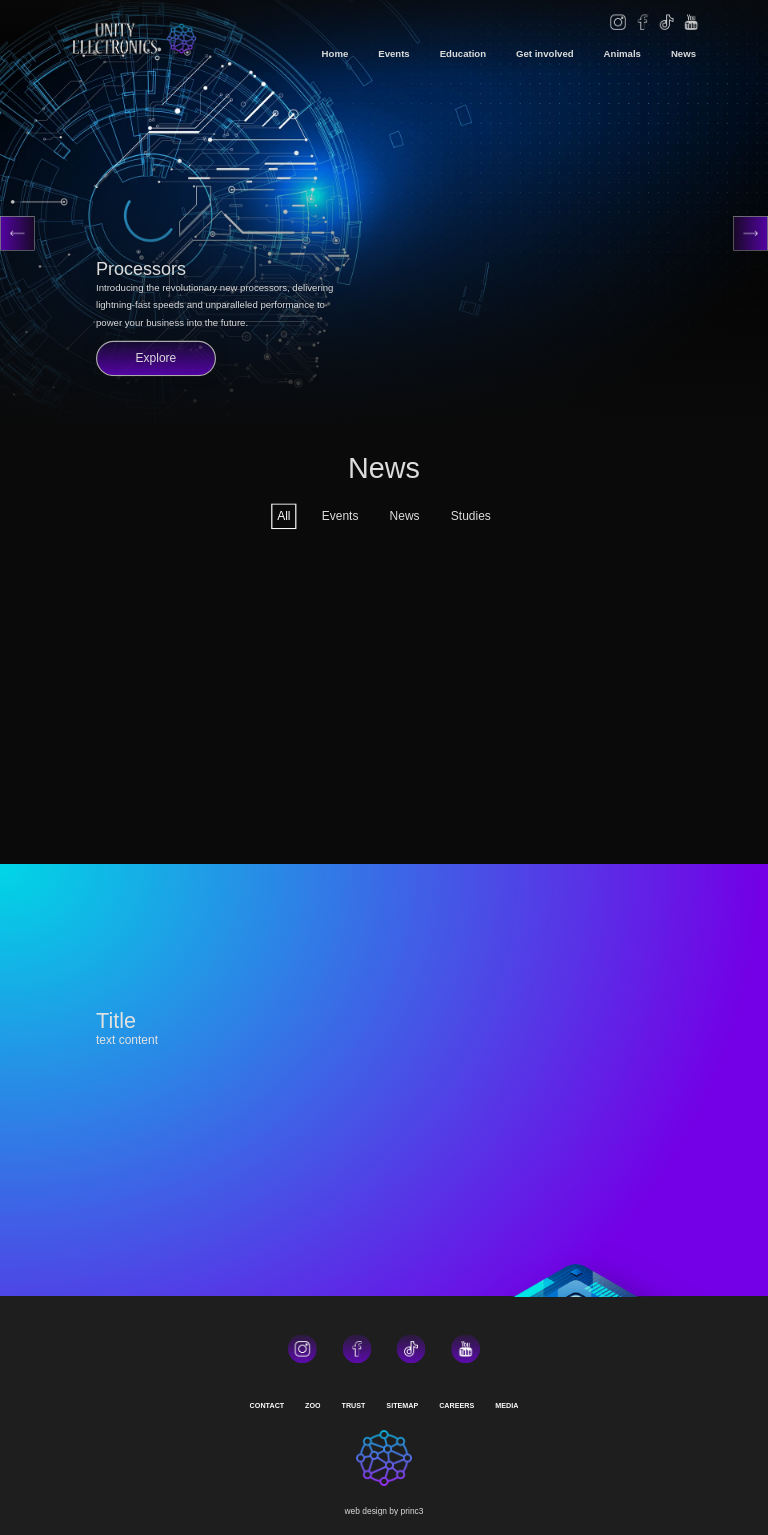
Repository: princ3-web/five
Page: /
The author's editor kept a copy of each file at every save. The page is drawn from the files as they stood at one save, then again after a run of saves.
The browser window is 1280 px wide. The pictures show the whole page, at 60% of full size.
An inner scrolling area shows only its first screen. The project was rebuilt for these pictures with package versions that can differ from the ones it lists, and the page was loaded fresh each time. Also part of the build but not shown: src/css/subpage.module.css, src/pages/Events.jsx, src/pages/Education.jsx, src/pages/Membership.jsx, src/pages/Animals.jsx, src/pages/News.jsx, src/pages/Support.jsx.

Above is the page before, as saved 2023-05-08 18:57:35.

### src/App.jsx
import React, { useState } from "react";
import { Routes, Route } from "react-router-dom";
import app from "./css/app.module.css";
import Navbar from "./components/Navbar.jsx";
import Bottombar from "./components/Bottombar.jsx";
import Main from "./pages/Main.jsx";
import Events from "./pages/Events.jsx";
import Education from "./pages/Education.jsx";
import Membership from "./pages/Membership.jsx";
import Animals from "./pages/Animals.jsx";
import News from "./pages/News.jsx";
import Support from "./pages/Support.jsx";
import Scrolltotop from "./components/Scrolltotop";

function App() {
  return (
    <div className={app.app}>
      <Navbar />
      <Routes>
        <Route path="/" element={<Main />} exact />
        <Route path="/Events" element={<Events />} exact />
        <Route path="/Education" element={<Education />} exact />
        <Route path="/Membership" element={<Membership />} exact />
        <Route path="/Animals" element={<Animals />} exact />
        <Route path="/News" element={<News />} exact />
        <Route path="/Support" element={<Support />} exact />
      </Routes>
      <Bottombar />
      <Scrolltotop />
    </div>
  );
}

export default App;

### src/css/app.module.css
:root {
    --thin: 200;
    --regular: 400;
    --bold: 600;
    --font-12: 12px;
    --font-14: 14px;
    --font-16: 16px;
    --font-20: 20px;
    --font-24: 24px;
    --font-30: 30px;
    --font-36: 36px;
    --font-48: 48px;
    --dark: rgb(10, 10, 10);
    --dark-transp-100: rgb(0, 0, 0, 0.5);
    --gray-transp-200: rgba(100, 100, 100, 0.5);
    --gray-transp-300: rgba(100, 100, 100, 0.25);
    --gray-50: rgb(30, 30, 30);
    --gray-100: rgb(60, 60, 60);
    --gray-150: rgb(100, 100, 100);
    --gray-200: rgb(170, 170, 170);
    --gray-300: rgb(220, 220, 220);
    --gray-400: rgb(240, 240, 240);
    --light: rgb(250, 250, 250);
    --light-transp: rgb(255, 255, 255, 0.2);
    --blue-200: rgb(0, 78, 162);
    --blue-300: rgb(0, 123, 255);
    --teal-300: rgb(0, 238, 255);
    --violet-200: rgb(81, 0, 162);
    --violet-300: rgb(128, 0, 255);
    --transp: rgba(0, 0, 0, 0);
}

@import url('https://fonts.googleapis.com/css2?family=Raleway&display=swap');


html > div {
    display: none;
  }

  * {
    overflow-x: hidden;
    padding: 0;
    margin: 0;
    font-family: 'Raleway', sans-serif;
    user-select: none;
  }

  .app{
    background-color: var(--dark);
    height: fit-content;
  }

  .section{
    display: flex;
    flex-direction: column;
    min-height: 100vh;
  }

### src/components/Bottombar.jsx
import React from "react";
import bottombar from "../css/bottombar.module.css";
import logobw from "../assets/icons/logo.png";
import instagram from "../assets/icons/instagram.png";
import facebook from "../assets/icons/facebook.png";
import tiktok from "../assets/icons/tiktok.png";
import youtube from "../assets/icons/youtube.png";
import navbar from "../css/navbar.module.css";
import { Link } from "react-router-dom";

const Bottombar = () => {
  const socials = [instagram, facebook, tiktok, youtube];
  const links = ["CONTACT", "ZOO", "TRUST", "SITEMAP", "CAREERS", "MEDIA"];

  return (
    <>
      <div className={bottombar.bottomBar}>
        <div className={bottombar.socials}>
          {socials.map((item, n) => (
            <img className={bottombar.socialButton} src={item} alt="" key={n} />
          ))}
        </div>
        <div className={bottombar.links}>
          {links.map((item, n) => (
            <div className={bottombar.link} key={n}>
              {item}
            </div>
          ))}
        </div>
        <Link className={navbar.link} to={"/"}>
        <img className={bottombar.logo} src={logobw} alt="" onClick={() => window.scrollTo(0, 0)} />
        </Link>
        <div className={bottombar.signature}>web design by princ3</div>
      </div>
    </>
  );
};

export default Bottombar;

### src/pages/Main.jsx
import React, { useState, useEffect } from "react";
import app from "../css/app.module.css";
import Imagescroller from "../components/Imagescroller";
import Newspicker from "../components/Newspicker";
import Objectscroller from "../components/Objectscroller";

const Main = () => {
  return (
    <>
      <div className={app.section}>
        <Imagescroller />
      </div>

      <div className={app.section}>
        <Newspicker />
      </div>
      <div className={app.section}>
        <Objectscroller />
      </div>
    </>
  );
};

export default Main;

### src/components/Scrolltotop.jsx
import React from 'react';
import { useLocation } from 'react-router-dom';
import { useEffect } from 'react';

const Scrolltotop = () => {
    const { pathname } = useLocation();

    useEffect(() => {
      window.scrollTo(0, 0);
    }, [pathname]);
  }

export default Scrolltotop;

### src/css/navbar.module.css
.navbar {
  position: absolute;
  display: flex;
  flex-direction: row;
  justify-content: space-between;
  align-items: center;
  z-index: 5;
  width: 100%;
  padding-inline: 7rem;
  height: 8rem;
  font-size: var(--font-16);
  overflow: visible;
  box-sizing: border-box;
  background: linear-gradient(var(--dark) -30%, var(--transp) 100%);
}

.navbarContent {
  height: 100%;
  display: flex;
  flex-direction: column;
  justify-content: space-evenly;
}

.navbarTopIcons {
  display: flex;
  flex-direction: row;
  justify-content: space-between;
  width: 12vw;
  margin-left: auto;
  margin-right: 0;
}

.navbarTopIcon {
  width: 2rem;
  filter: brightness(0.8);
}

.navbarTopIcon:hover {
  filter: brightness(1);
  cursor: pointer;
}

.navbarButtons {
  display: flex;
  flex-direction: row;
  justify-content: space-between;
  width: 50vw;
  margin-left: auto;
  margin-right: 0;
}

.navbarButton {
  color: var(--gray-300);
  padding: 0.5rem;
  font-weight: var(--bold);
  cursor: pointer;
  transition: 0.2s;
}

.navbarButton:hover {
  color: var(--gray-400);
  cursor: pointer;
}

.dropdownBackground {
  background-color: black;
  width: 100%;
  height: 15rem;
}

.navbarButtonDropdown {
  visibility: hidden;
  z-index: 3;
  position: absolute;
  margin-left: -25px;
  padding-inline: 1.5rem;
  padding-block: 0.5rem;
  cursor: pointer;
  line-height: 2rem;
  filter: opacity(0);
  transition: 0.35s;
  background: linear-gradient(135deg, var(--dark-transp-100), var(--violet-200));
}

.navbarButton:hover ~ .navbarButtonDropdown {
  visibility: visible;
  filter: opacity(1);
}

.navbarButtonDropdown:hover {
  visibility: visible;
  filter: opacity(1);

}

.navbarButtonDropdownItem {
  color: var(--gray-300);
  display: block;
  transition: 0.2s;
  text-decoration: none;
}

.navbarButtonDropdownItem:hover {
  color: var(--light);
}

.navbarTopButton {
  height: fit-content;
  padding: 0.5rem;
  font-weight: var(--regular);
  cursor: pointer;
}

.logo {
  position: relative;
  display: block;
  height: 40%;
  object-fit: contain;
  z-index: 1;
  filter: drop-shadow(1px 1px 1px var(--dark));
}

.link {
  height: 100%;
  overflow: hidden;
  display: flex;
  align-items: center;
}

.mobileButton {
  display: none;
}

.mobileMenu {
  display: none;
}

@media screen and (max-width: 480px) {
  .navbar {
    height: 5rem;
    padding-inline: 0.5rem;
  }

  .navbarTopButtons {
    display: none;
  }
  .navbarButtons {
    display: none;
  }

  .logo {
    height: 70%;
  }

  .mobileButton {
    display: block;
    height: 50%;
    margin-right: 0.5rem;
    z-index: 1;
  }

  .mobileMenu {
    position: absolute;
    display: block;
    box-sizing: border-box;
    top: 5rem;
    left: 100vw;
    width: 100vw;
    height: 100vh;
    text-align: center;
    background-size: 20rem;
    background-color: var(--green-400);
    transition: 0.2s;
  }

  .mobileMenuShow {
    left: 0;
  }

  .mobileMenuItem {
    color: var(--light);
    font-size: var(--font-20);
    line-height: 4rem;
    text-decoration: none;
  }
}

### src/css/bottombar.module.css
.bottomBar {
  position: relative;
  display: flex;
  flex-direction: column;
  align-items: center;
  width: 100%;
  background-color: var(--gray-50);
  padding-bottom: 2rem;
}

.socials {
  position: relative;
  width: 25%;
  margin: auto;
  left: 0;
  right: 0;
  margin-top: 4rem;
  display: flex;
  flex-direction: row;
  justify-content: space-between;
}

.socialButton {
  width: 2rem;
  padding: 0.5rem;
  background-color: var(--violet-200);
  background: linear-gradient(180deg, var(--transp), var(--violet-300));
  background-size: 100% 200%;
  background-position: 100% 25%;
  transition: 0.5s;
  border-radius: 2rem;
  cursor: pointer;
}

.socialButton:hover {
  background-position: 100% 100%;

}

.links {
  position: relative;
  width: 35%;
  font-size: var(--font-12);
  margin: auto;
  left: 0;
  right: 0;
  margin-top: 4rem;
  display: flex;
  flex-direction: row;
  justify-content: space-between;
}

.link {
  color: var(--light);
  font-weight: var(--bold);
  cursor: pointer;
}

.link:hover {
  color: var(--gray-200);
}

.logo {
  position: relative;
  width: 6rem;
  padding-top: 2rem;
  padding-bottom: 2rem;
  cursor: pointer;
  transition: 0.2s;
}

.logo:hover {
  filter: brightness(0.8);
}

.signature {
  color: var(--gray-300);
  font-size: var(--font-14);
  font-weight: var(--thin);
}

@media screen and (max-width: 480px) {
  .socials {
    width: 90%;
  }

  .links {
    display: flex;
    flex-wrap: wrap;
    width: 90%;
    justify-content: space-between;
  }

  .link {
    width: 30%;
    height: 3rem;
    text-align: center;
  }
}

### src/components/Imagescroller.jsx
import React, { useEffect, useState } from "react";
import imagescroller from "../css/imagescroller.module.css";

const Imagescroller = () => {
  const [selectedBackground, toggleSelectedBackground] = useState(0);

  useEffect(() => {
    const intervalId = setInterval(() => {
      selectedBackground < 2
        ? toggleSelectedBackground((state) => state + 1)
        : toggleSelectedBackground(0);
    }, 6000);

    return () => {
      clearInterval(intervalId);
    };
  }, [selectedBackground]);

  const backgrounds = [0, 1, 2];
  const backgroundsText = [
    {
      title: "Processors",
      text: "Introducing the revolutionary new processors, delivering lightning-fast speeds and unparalleled performance to power your business into the future.",
    },
    {
      title: "New Techs",
      text: "Unlock the full potential of your industry with cutting-edge technologies designed to increase efficiency, productivity, and profitability.",
    },
    {
      title: "GPUs",
      text: "Experience unprecedented gaming performance and immerse yourself in stunningly realistic graphics with our new ground-breaking graphics cards.",
    },
  ];

  return (
    <div>
      <div className={imagescroller.imageScroller}>
        {backgrounds.map((item, n) => (
          <img
            className={[
              imagescroller.image,
              selectedBackground !== n ? imagescroller.imageFade : "",
            ].join(" ")}
            src={require("../assets/images/background" + n + ".webp")}
            alt=""
          />
        ))}

        <img
          className={imagescroller.arrow}
          onClick={() =>
            selectedBackground > 0
              ? toggleSelectedBackground((state) => state - 1)
              : toggleSelectedBackground(backgrounds.length - 1)
          }
          style={{ left: "0", rotate: "180deg", translateY: "-50%" }}
          src={require("../assets/icons/arrow.png")}
          alt=""
        />
        <img
          className={imagescroller.arrow}
          onClick={() =>
            selectedBackground < backgrounds.length - 1
              ? toggleSelectedBackground((state) => state + 1)
              : toggleSelectedBackground(0)
          }
          style={{ right: "0", rotate: "0deg", translateY: "-50%" }}
          src={require("../assets/icons/arrow.png")}
          alt=""
        />
        <div className={imagescroller.gradient}></div>
      </div>
      <div className={imagescroller.explore}>
        <div className={imagescroller.exploreTitle}>
          {backgroundsText[selectedBackground].title}
        </div>
        <div className={imagescroller.exploreText}>
          {backgroundsText[selectedBackground].text}
        </div>
        <div className={imagescroller.exploreButton}>Explore</div>
      </div>
    </div>
  );
};

export default Imagescroller;

### src/components/Newspicker.jsx
import React, { useState } from "react";
import newspicker from "../css/newspicker.module.css";

const Newspicker = () => {
  const newsButtons = ["All", "Events", "News", "Studies"];
  const [selectedButton, toggleSelectedButton] = useState(0);

  return (
    <div className={newspicker.news}>
      <div
        className={newspicker.newsTitle}
        style={{ textAlign: "center", marginTop: "2rem" }}
      >
        News
      </div>
      <div className={newspicker.newsButtons}>
        {newsButtons.map((item, n) => (
          <div
            className={[
              newspicker.newsButton,
              n === selectedButton && newspicker.newsButtonSelected,
            ].join(" ")}
            onClick={() => toggleSelectedButton(n)}
          >
            {item}
          </div>
        ))}
      </div>
    </div>
  );
};

export default Newspicker;

### src/components/Objectscroller.jsx
import React, { useEffect, useState } from "react";
import objectscroller from "../css/objectscroller.module.css";

const Objectscroller = () => {
  const [scrollPos, setScrollPos] = useState(false);

  // useEffect for setting useState: scrollPos
  useEffect(() => {
    const handleMouseMove = () => {
      setScrollPos(window.scrollY);
    };

    window.addEventListener("scroll", handleMouseMove);
    return () => {
      window.removeEventListener("scroll", handleMouseMove);
    };
  }, []);

  console.log(scrollPos);

  return (
    <div>
      <div className={objectscroller.gradient}>
        <div className={objectscroller.textContainer}>
          <div className={objectscroller.title}>Title</div>
          <div className={objectscroller.text}>text content</div>
        </div>
        <img
          className={objectscroller.image}
          style={{
            translate: "0px " + (- scrollPos / 3 + 400 + "px").toString(),
          }}
          src={require("../assets/images/object1.png")}
          alt=""
        />
      </div>
    </div>
  );
};

export default Objectscroller;

### src/css/imagescroller.module.css
.imageScroller {
  position: absolute;
  height: 100vh;
  width: 100%;
  display: block;
  white-space: nowrap;
  background-color: var(--dark);
}

.image {
  position: absolute;
  z-index: 1;
  width: 100vw;
  height: 100vh;
  object-fit: cover;
  top: 0;
  left: 0;
  padding: 0;
  transition: 1s;
  filter: opacity(1);
}

.imageFade {
  filter: opacity(0);
}

.arrow {
  position: absolute;
  width: 1.5rem;
  z-index: 2;
  top: 50%;
  padding: 1rem;
  border: 1px solid var(--gray-200);
  cursor: pointer;
  background-size: 0% 0%;
  background-color: var(--gray-200);
  background: linear-gradient(90deg, var(--dark) 0%, var(--violet-300));
  background-size: 200% 100%;
  background-position: 25% 100%;
  transition: 0.5s;
}

.arrow:hover {
  background-position: 100% 100%;
}

.gradient {
  position: absolute;
  top: 0;
  width: 100vw;
  height: 100vh;
  background: linear-gradient(var(--transp) 30%, var(--dark) 100%);
  z-index: 1;
}

.explore {
  position: absolute;
  z-index: 3;
  left: 10rem;
  top: 60%;
  width: 25rem;
  filter: drop-shadow(0px 0px 10px var(--dark));

}

.exploreTitle {
  position: relative;
  color: var(--gray-300);
  font-size: var(--font-30);
}

.exploreText {
  position: relative;
  color: var(--gray-300);
  font-size: var(--font-16);
  margin-bottom: 1rem;
  line-height: 1.8rem;
}

.exploreButton {
  position: relative;
  width: fit-content;
  color: var(--gray-300);
  font-size: var(--font-20);
  padding: 1rem;
  padding-inline: 4rem;
  border: 2px solid var(--gray-200);
  border-radius: 2rem;
  background: linear-gradient(180deg, var(--transp), var(--violet-300));
  background-size: 100% 200%;
  background-position: 100% 25%;
  transition: 0.5s;
  cursor: pointer;
}

.exploreButton:hover {
  background-position: 100% 100%;
}

.video {
  position: relative;
  display: flex;
  box-sizing: border-box;
  z-index: 1;
  width: 100%;
  height: 100vh;
  object-fit: cover;
  padding: 0;
  border-top: 0.25rem solid var(--green-500);
}

@media screen and (max-width: 480px) {
  .video {
    width: 100%;
    margin: unset;
  }
}

### src/css/newspicker.module.css
.news{
    display: flex;
    flex-direction: column;
  }

  .newsTitle {
    font-size: var(--font-48);
    color: var(--gray-300);
    margin-bottom: 2rem;
  }

  .newsButtons{
    display: flex;
    flex-direction: row;
    justify-content: center;
    align-self: center;
    width: 50%;
  }

  .newsButton {
    color: var(--gray-300);
    font-size: var(--font-20);
    border: 2px solid var(--transp);
    margin-inline: 1rem;
    padding: 0.5rem;
    cursor: pointer;
    transition: 0.5s;
  }

  .newsButtonSelected{
    border: 2px solid var(--light);
    color: var(--light);
  }

### src/css/objectscroller.module.css
.image {
  position: absolute;
  top: 50%;
  transform: translateY(-50%);
  right: 10rem;
  width: 20rem;
  filter: drop-shadow(30px 30px 30px var(--violet-200));
}

.textContainer {
  color: var(--light);
  position: absolute;
  left: 10rem;
  top: 15rem;
  margin: auto;
}

.title {
  font-size: var(--font-36);
}

.text {
  font-size: var(--font-20);
}

.gradient {
  position: absolute;
  width: 100vw;
  height: 100vh;
  background: radial-gradient(at left top, var(--teal-300) 0%, var(--violet-300) 70%);
  background-size: 100% 150%;
  filter: brightness(0.9);
}

Loaded but not shown: public/index.html (common file); src/index.js (common file); src/index.css (common file); src/reportWebVitals.js (common file); src/components/Navbar.jsx (156 lines, source omitted)

After the next 3 saves:
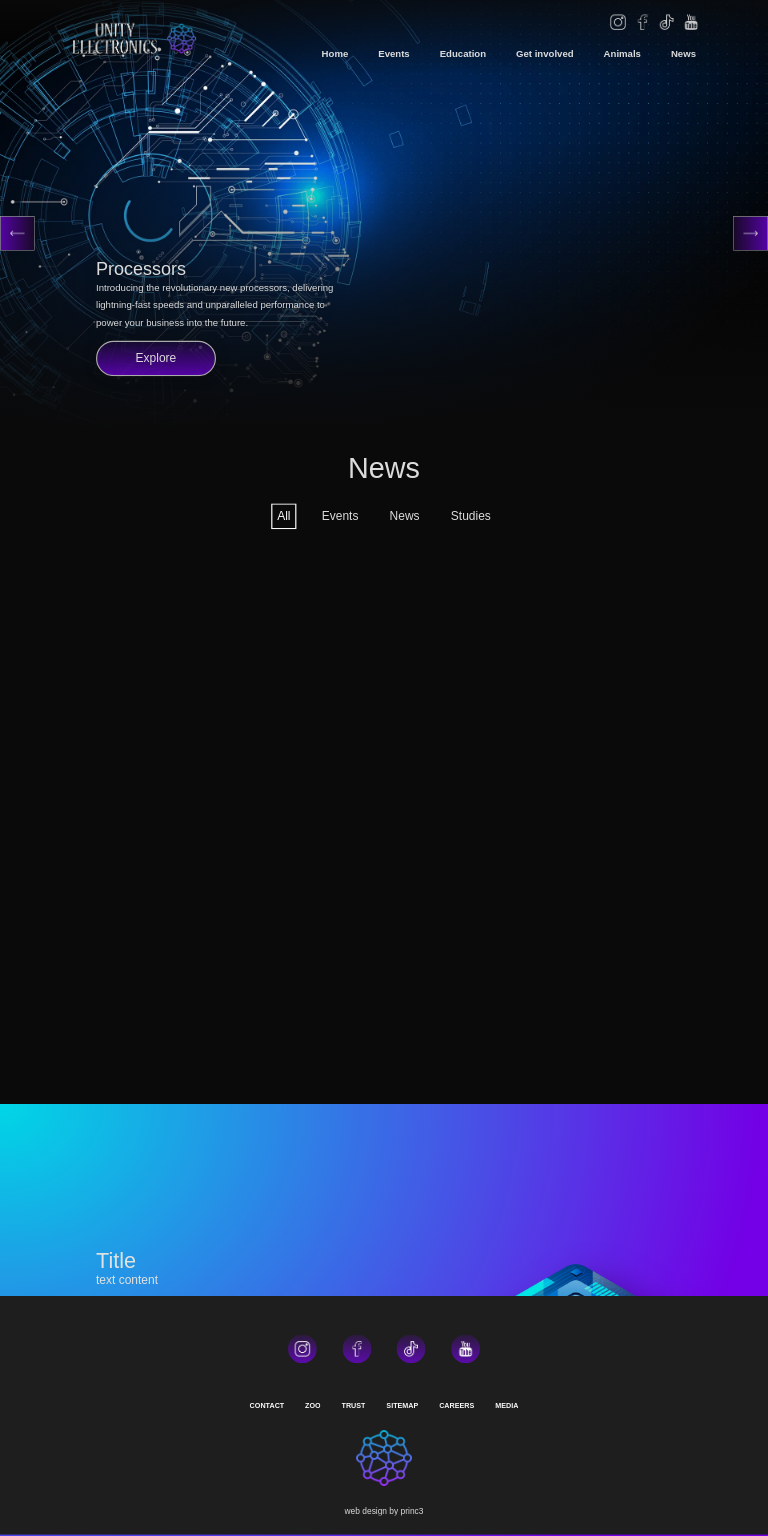
The 3 saves are shown as one change because they came seconds apart.
The last was saved 10 s later.
--- a/src/components/Objectscroller.jsx
+++ b/src/components/Objectscroller.jsx
@@ -20,16 +20,18 @@
 
   return (
     <div>
-      <div className={objectscroller.gradient}>
+      <div
+        className={objectscroller.gradient}
+        style={{
+          translate: "0px " + (-scrollPos / 3 + 400 + "px").toString(),
+        }}
+      >
         <div className={objectscroller.textContainer}>
           <div className={objectscroller.title}>Title</div>
           <div className={objectscroller.text}>text content</div>
         </div>
         <img
           className={objectscroller.image}
-          style={{
-            translate: "0px " + (- scrollPos / 3 + 400 + "px").toString(),
-          }}
           src={require("../assets/images/object1.png")}
           alt=""
         />

After the 2 saves that followed:
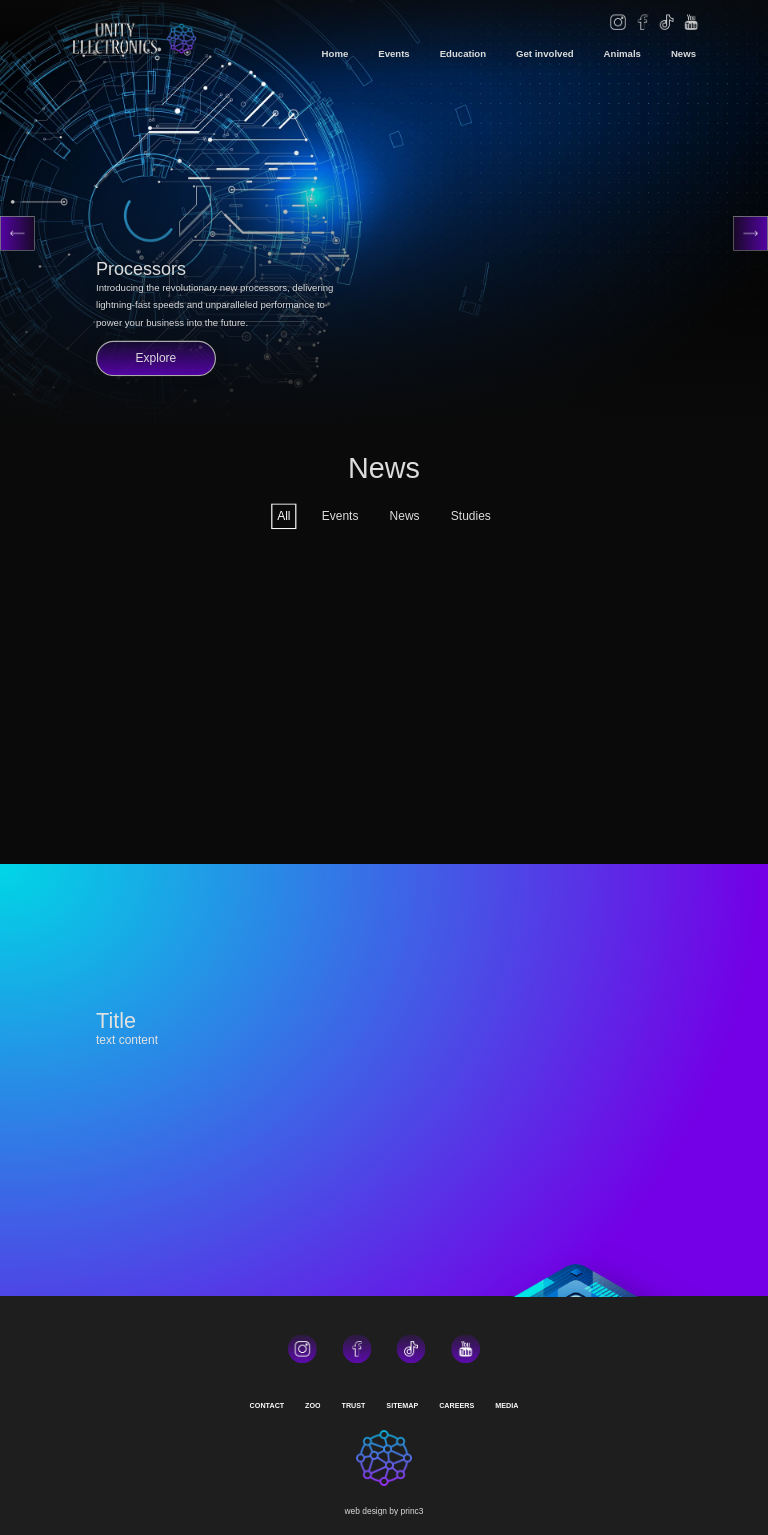
The 2 saves are shown as one change because 1 left the picture as it was.
The last was saved 26 s later.
--- a/src/components/Objectscroller.jsx
+++ b/src/components/Objectscroller.jsx
@@ -20,18 +20,16 @@
 
   return (
     <div>
-      <div
-        className={objectscroller.gradient}
-        style={{
-          translate: "0px " + (-scrollPos / 3 + 400 + "px").toString(),
-        }}
-      >
+      <div className={objectscroller.gradient}>
         <div className={objectscroller.textContainer}>
           <div className={objectscroller.title}>Title</div>
           <div className={objectscroller.text}>text content</div>
         </div>
         <img
           className={objectscroller.image}
+          style={{
+            translate: "0px " + (- scrollPos / 3 + 400 + "px").toString(),
+          }}
           src={require("../assets/images/object1.png")}
           alt=""
         />
